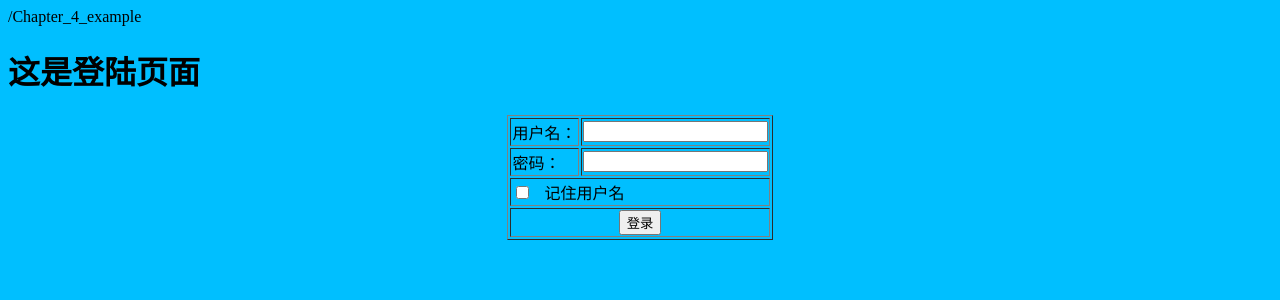
Repository: Fuhai-Chen/javaweb
Page: http://localhost/Chapter_4_example/reponse_comprehensive/login.jsp
These files come from the project's save history. The page is drawn as it stood at one moment and after the next save; the edit follows.
The browser window is 1280 px wide. The pictures show the whole page.
The page is served by Tomcat 9.

Above is the page before, as saved 2020-09-24 07:35:43.

### Chapter_4_example/WebRoot/reponse_comprehensive/login.jsp
<%@ page language="java" import="java.util.*" pageEncoding="UTF-8"%>
<%
String path = request.getContextPath();
String basePath = request.getScheme()+"://"+request.getServerName()+":"+request.getServerPort()+path+"/";
%>
<%=path %>
<!DOCTYPE HTML PUBLIC "-//W3C//DTD HTML 4.01 Transitional//EN">
<html>
  <head>
    <base href="<%=basePath%>">

    <title>reponse方法综合实例</title>

	<meta http-equiv="pragma" content="no-cache">
	<meta http-equiv="cache-control" content="no-cache">
	<meta http-equiv="expires" content="0">
	<meta http-equiv="keywords" content="keyword1,keyword2,keyword3">
	<meta http-equiv="description" content="This is my page">
	<!--
	<link rel="stylesheet" type="text/css" href="styles.css">
	-->

  </head>

  <body style="background-color: deepskyblue">
  	<%
  		String username = "";//初始化
  		String password = "";
  		Cookie[] cookies = request.getCookies();
  		if(cookies != null && cookies.length > 0){
  			for(Cookie cookie : cookies){
  				if(cookie.getName().equals("username")){
  					username = cookie.getValue();
  				}
  				if(cookie.getName().equals("password")){
  					password = cookie.getValue();
  				}
  				response.addCookie(cookie);
  			}

  		}
  	 %>
  	 <!-- 这里的acton路径怎么写？???，绝对路径和相对路径区别 -->
  	<form action = "<%=basePath %>/reponse_comprehensive/cookieSave.jsp" method="post">
  		<h1>这是登陆页面</h1>
  		<table border = "1" align = "center">
  			<tr>
  				<td>
  					用户名：
  				</td>
  				<td>
  					<input type = "text" name = "username" value = "<%= username %>">
  				</td>
  			</tr>
  			<tr>
  				<td>
  					密码：
  				</td>
  				<td>
  					<input type = "password" name = "password" value = "<%= password %>">
  				</td>
  			</tr>
  			<tr>
  				<td colspan = "2">
  				<!-- <td colspan="value"> 用法：
  					number： 设置单元格可横跨的列数。
					注释：colspan="0" 指示浏览器横跨到列组的最后一列。
  				 -->
  					<input type = "checkbox" name = "flag"> &nbsp; 记住用户名
  				</td>
  			</tr>
  			<tr align = "center">
  				<td colspan = "2">
  					<input type = "submit" value = "登录" >
  				</td>
  			</tr>
  		<!-- 若显示Processing instruction not closed. ，且检查发现所有元素标签均已闭合，重启IDE或检查index.jsp -->

  		</table>
  	</form>
  </body>
</html>

After the next save:
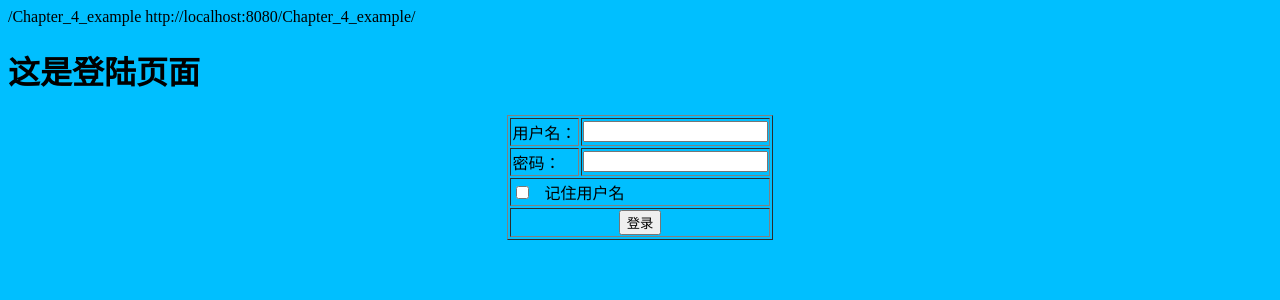
Saved 9 s later.
--- a/Chapter_4_example/WebRoot/reponse_comprehensive/login.jsp
+++ b/Chapter_4_example/WebRoot/reponse_comprehensive/login.jsp
@@ -4,6 +4,7 @@ String path = request.getContextPath();
 String basePath = request.getScheme()+"://"+request.getServerName()+":"+request.getServerPort()+path+"/";
 %>
 <%=path %>
+<%=basePath %>
 <!DOCTYPE HTML PUBLIC "-//W3C//DTD HTML 4.01 Transitional//EN">
 <html>
   <head>
